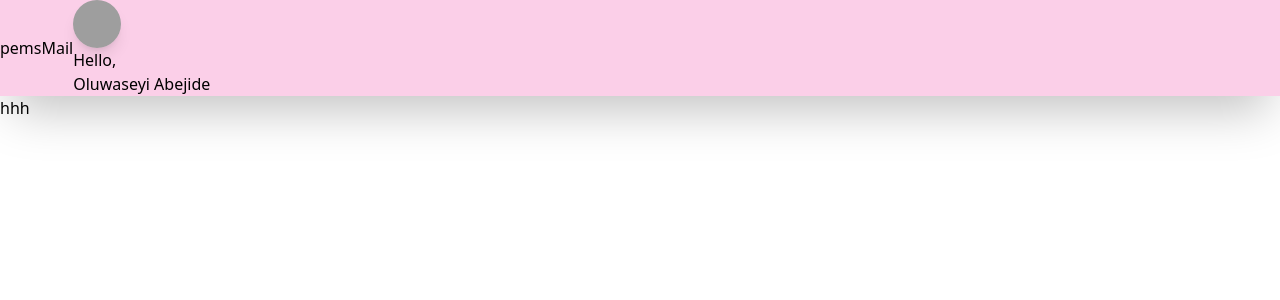
Repository: Semanmernstack/mailclone
Page: /
An editor plug-in stored every save of this project. The page is shown before and after the next save, followed by the edit.
The browser window is 1280 px wide. The pictures show the whole page.
Pictures or frames that could not be fetched are drawn as grey boxes. The project was rebuilt for these pictures with package versions that can differ from the ones it lists, and the page was loaded fresh each time. Also part of the build but not shown: src/features/counter/Counter.module.css, src/features/counter/Counter.js.

Above is the page before, as saved 2023-01-16 02:04:26.

### src/App.js
import React from 'react';

import { Counter } from './features/counter/Counter';
import Header from './Header';
import {
  BrowserRouter,
  Routes,
  Route,
} from "react-router-dom";
import Open from './Open';


function App() {
  return (
    <div className="App">

      <BrowserRouter>
        <Header/>
        <Routes>
          <Route exact path="/" element={<Open/>} />
        </Routes>
      </BrowserRouter>
    </div>
  );
}

export default App;

### src/features/counter/counterSlice.js
import { createAsyncThunk, createSlice } from '@reduxjs/toolkit';
import { fetchCount } from './counterAPI';

const initialState = {
  value: 0,
  status: 'idle',
};

// The function below is called a thunk and allows us to perform async logic. It
// can be dispatched like a regular action: `dispatch(incrementAsync(10))`. This
// will call the thunk with the `dispatch` function as the first argument. Async
// code can then be executed and other actions can be dispatched. Thunks are
// typically used to make async requests.
export const incrementAsync = createAsyncThunk(
  'counter/fetchCount',
  async (amount) => {
    const response = await fetchCount(amount);
    // The value we return becomes the `fulfilled` action payload
    return response.data;
  }
);

export const counterSlice = createSlice({
  name: 'counter',
  initialState,
  // The `reducers` field lets us define reducers and generate associated actions
  reducers: {
    increment: (state) => {
      // Redux Toolkit allows us to write "mutating" logic in reducers. It
      // doesn't actually mutate the state because it uses the Immer library,
      // which detects changes to a "draft state" and produces a brand new
      // immutable state based off those changes
      state.value += 1;
    },
    decrement: (state) => {
      state.value -= 1;
    },
    // Use the PayloadAction type to declare the contents of `action.payload`
    incrementByAmount: (state, action) => {
      state.value += action.payload;
    },
  },
  // The `extraReducers` field lets the slice handle actions defined elsewhere,
  // including actions generated by createAsyncThunk or in other slices.
  extraReducers: (builder) => {
    builder
      .addCase(incrementAsync.pending, (state) => {
        state.status = 'loading';
      })
      .addCase(incrementAsync.fulfilled, (state, action) => {
        state.status = 'idle';
        state.value += action.payload;
      });
  },
});

export const { increment, decrement, incrementByAmount } = counterSlice.actions;

// The function below is called a selector and allows us to select a value from
// the state. Selectors can also be defined inline where they're used instead of
// in the slice file. For example: `useSelector((state: RootState) => state.counter.value)`
export const selectCount = (state) => state.counter.value;

// We can also write thunks by hand, which may contain both sync and async logic.
// Here's an example of conditionally dispatching actions based on current state.
export const incrementIfOdd = (amount) => (dispatch, getState) => {
  const currentValue = selectCount(getState());
  if (currentValue % 2 === 1) {
    dispatch(incrementByAmount(amount));
  }
};

export default counterSlice.reducer;

### src/Header.js
import React from 'react'

function Header() {
  return (
    <div className="flex items-center      h-24 bg-pink-200 border-b-pink-800 shadow-2xl">
        <div>
            <h1>pemsMail</h1>

        </div>
        <div>

            <img className="h-12 w-12 rounded-full shadow-lg" src="https://cdn.pixabay.com/photo/2022/12/01/12/26/countryside-7629017__340.jpg" alt="pic" />
            <div>
                <p>Hello,</p>
                <p>Oluwaseyi Abejide</p>
            </div>
        </div>
    </div>
  )
}

export default Header

### src/Open.js
import React from 'react'

function Open() {
  return (
    <div>
        <h1>hhh</h1>
    </div>
  )
}

export default Open

Loaded but not shown: public/index.html (common file); src/index.js (common file); src/app/store.js (common file); src/reportWebVitals.js (common file); src/index.css (common file); src/features/counter/counterAPI.js (common file); tailwind.config.js (common file)

After the next save:
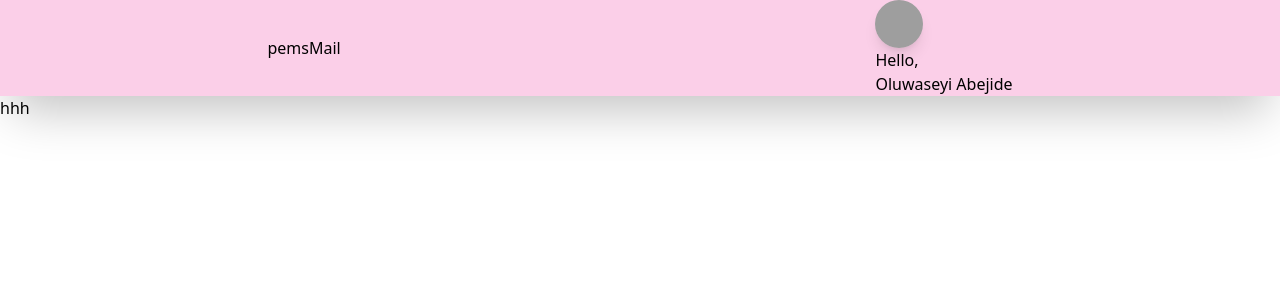
Saved 10 s later.
--- a/src/Header.js
+++ b/src/Header.js
@@ -2,7 +2,7 @@ import React from 'react'
 
 function Header() {
   return (
-    <div className="flex items-center      h-24 bg-pink-200 border-b-pink-800 shadow-2xl">
+    <div className="flex items-center justify-around      h-24 bg-pink-200 border-b-pink-800 shadow-2xl">
         <div>
             <h1>pemsMail</h1>
 
